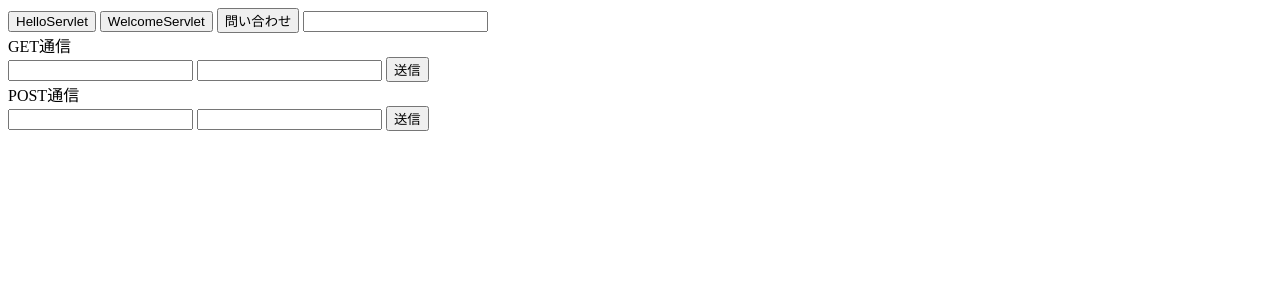
Repository: hosssar/test
Page: http://localhost/HelloServlet/
The author's editor kept a copy of each file at every save. The page is drawn from the files as they stood at one save, then again after the next save.
The browser window is 1280 px wide. The pictures show the whole page.
The page is served by Tomcat 9. Nobody is signed in. The application's start-up code is not run.

Above is the page before, as saved 2019-07-26 11:09:03.

After the next save:
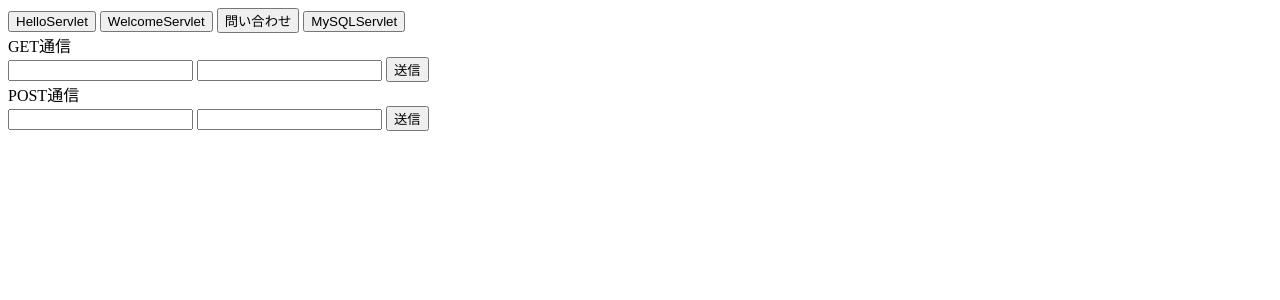
Saved 11 min 22 s later.
--- a/HelloServlet/WebContent/index.jsp
+++ b/HelloServlet/WebContent/index.jsp
@@ -10,7 +10,7 @@
       <input type="button" value="HelloServlet" onClick="location.href='HelloServlet'">
 	  <input type="button" value="WelcomeServlet" onClick="location.href='welcome.jsp'">
       <input type="button" value="問い合わせ" onClick="location.href='inquiry.jsp'">
-      <input type="button value="MySQLServlet" onClick="location.href='MySQLServlet'">
+      <input type="button" value="MySQLServlet" onClick="location.href='MySQLServlet'">
      <br>
    GET通信
 	   <form method="get" action="TestServlet">
